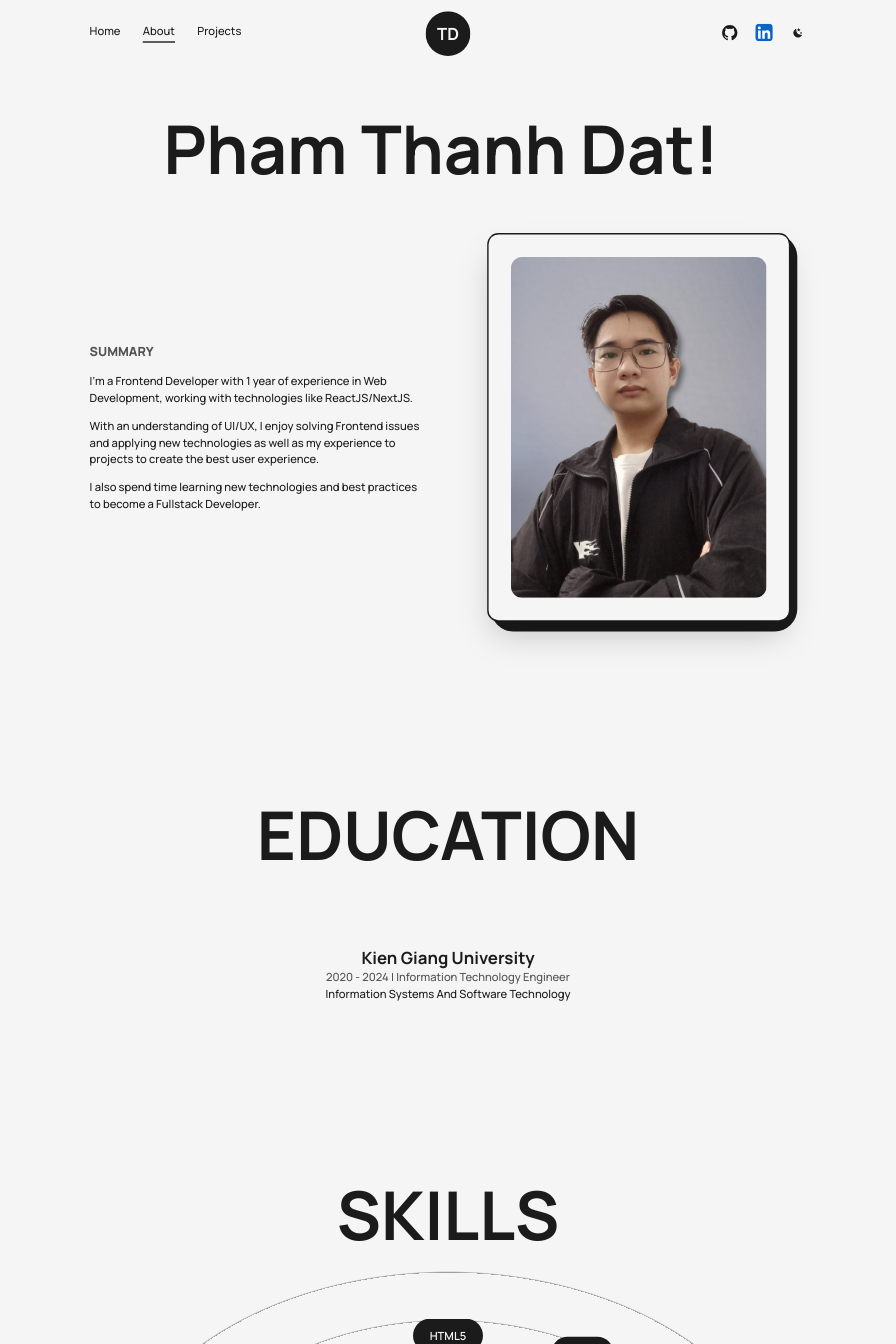
Repository: Dev-ThanhDat/portfolio
Page: /about
An editor plug-in stored every save of this project. The page is shown before and after the next save, followed by the edit.
The browser window is 1280 px wide. The pictures show the part of the page from y = 0 to 1920 px (the page is 2766 px tall), at 70% of full size.
The project was rebuilt for these pictures with package versions that can differ from the ones it lists, and the page was loaded fresh each time. The framework's server and built-in components were replaced by stand-ins that run in the browser. Also part of the build but not shown: next.config.mjs, src/assets/icons/SunIcon.js, src/components/NavMobile/index.js.

Above is the page before, as saved 2024-12-31 10:13:05.

After the next save:
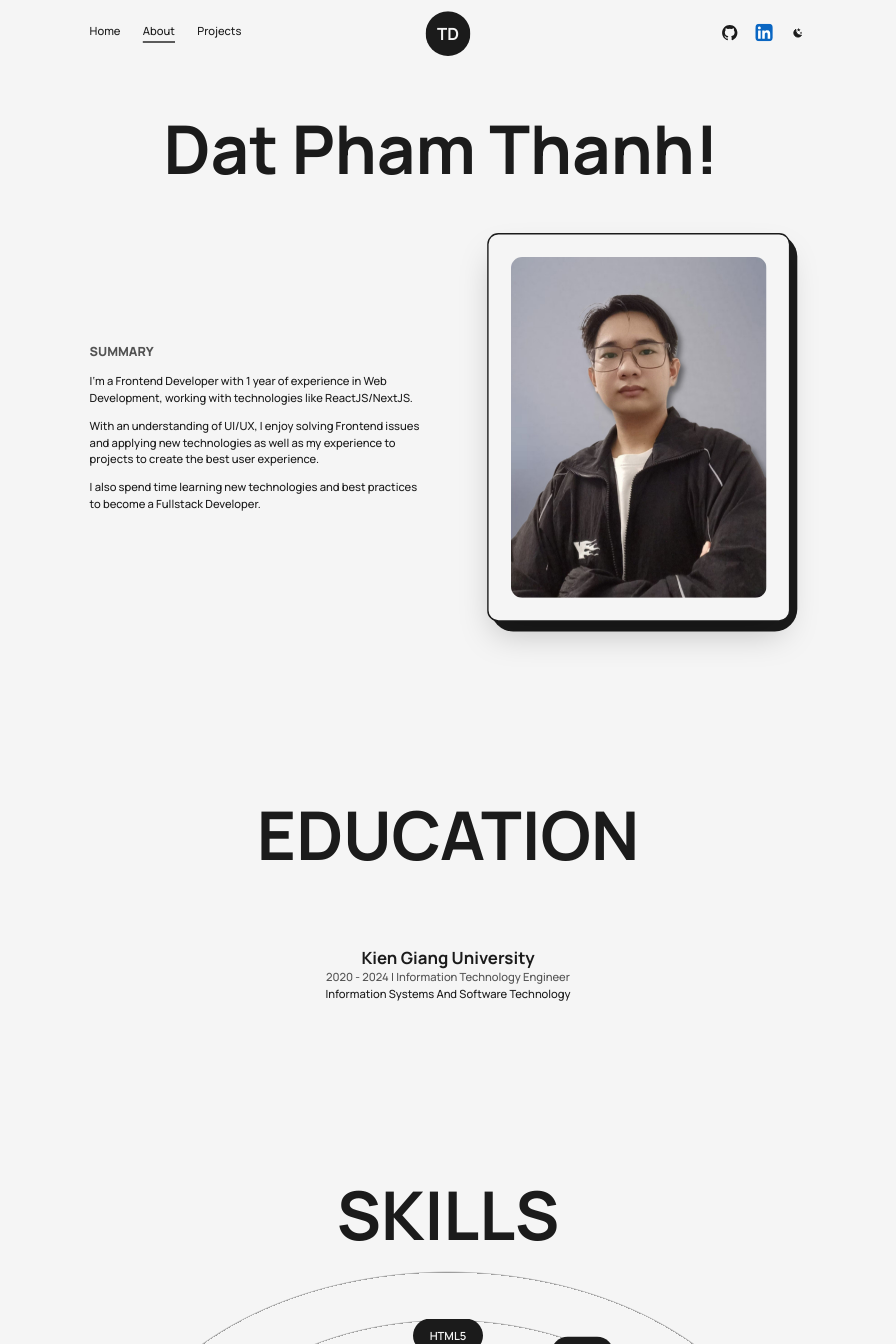
Saved 27 h 10 min later.
--- a/src/app/about/page.js
+++ b/src/app/about/page.js
@@ -14,7 +14,7 @@ const About = () => {
       <TransitionEffect />
       <section className='flex flex-col justify-center w-full px-32 pt-16 pb-32 lg:px-16 xl:px-24 md:p-x12 sm:px-8'>
         <AnimatedText
-          text='Pham Thanh Dat!'
+          text='Dat Pham Thanh!'
           className='mb-16 lg:!text-7xl sm:!text-6xl xs:!text-4xl sm:mb-8'
         />
         <div className='grid w-full grid-cols-2 gap-16 md:grid-cols-1'>
